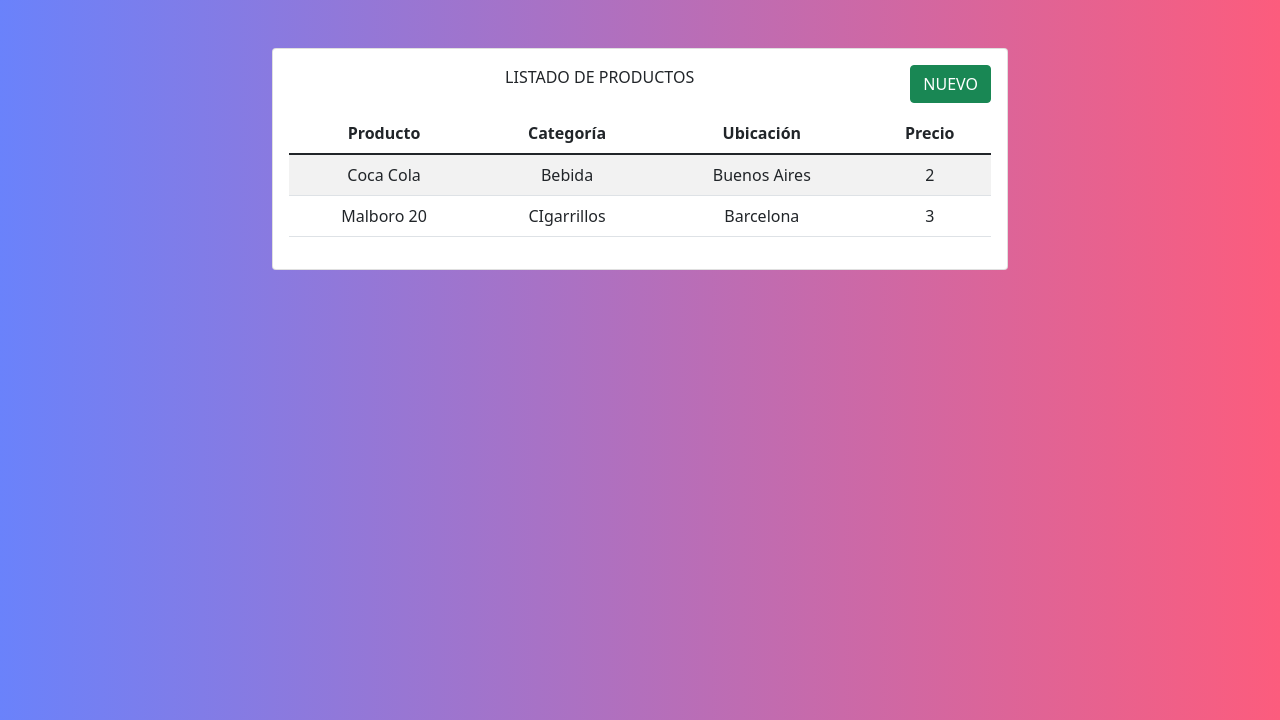
Repository: vivianaleivagalvez/crud_angular
Page: /
An editor plug-in stored every save of this project. The page is shown before and after the next save, followed by the edit.
The browser window is 1280 px wide. The pictures show the whole page.
The project was rebuilt for these pictures with package versions that can differ from the ones it lists, and the page was loaded fresh each time. Also part of the build but not shown: angular.json, src/app/components/crear-producto/crear-producto.component.ts.

Above is the page before, as saved 2022-01-27 00:09:42.

After the next save:
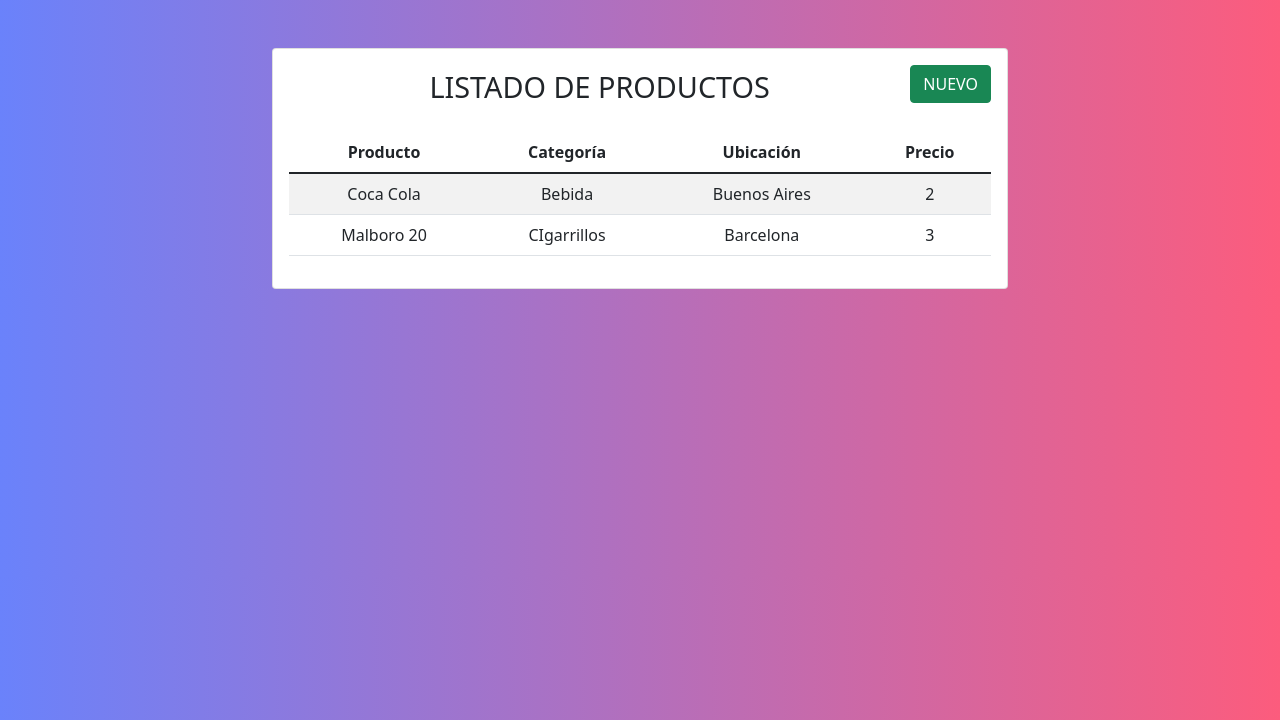
Saved 41 s later.
--- a/src/styles.css
+++ b/src/styles.css
@@ -4,3 +4,7 @@ body{
   background: -webkit-linear-gradient(to right, #6A82FB, #FC5C7D);  /* Chrome 10-25, Safari 5.1-6 */
   background: linear-gradient(to right, #6A82FB, #FC5C7D); /* W3C, IE 10+/ Edge, Firefox 16+, Chrome 26+, Opera 12+, Safari 7+ */
 }
+
+.titulo{
+  font-size: 1.8rem;
+}
